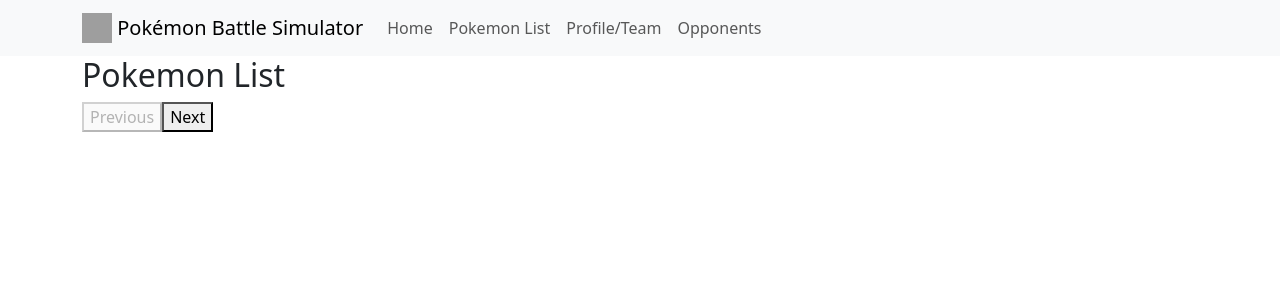
Repository: chsbca/Pokemon-Battle-Simulator
Page: /pokemon_list/ (app in front-end/)
The author's editor kept a copy of each file at every save. The page is drawn from the files as they stood at one save, then again after the next save.
The browser window is 1280 px wide. The pictures show the whole page.
Pictures or frames that could not be fetched are drawn as grey boxes. The page's requests for data from a server got no answer. The project was rebuilt for these pictures with package versions that can differ from the ones it lists, and the page was loaded fresh each time. No one was signed in, and anything a server would have sent is missing. Also part of the build but not shown: front-end/vite.config.js, front-end/src/pages/Error404Page.jsx, front-end/src/pages/HomePage.jsx, front-end/src/pages/ProfilePage.jsx, front-end/src/pages/OpponentsPage.jsx.

Above is the page before, as saved 2024-04-10 10:56:28.

After the next save:
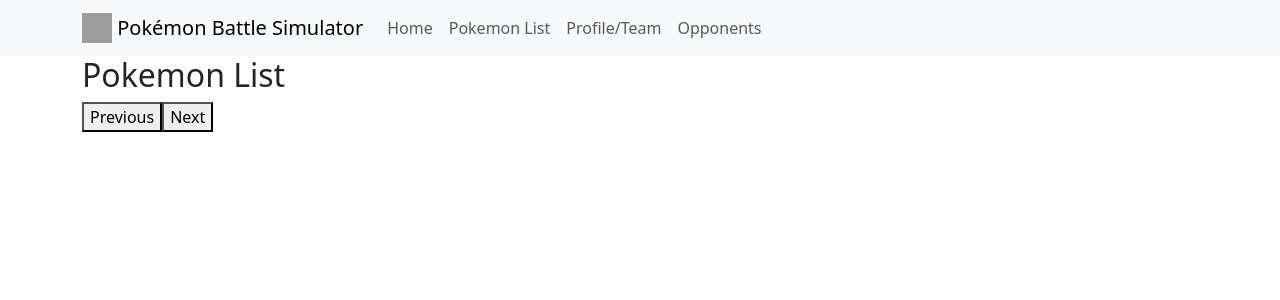
Saved 3 min 28 s later.
--- a/front-end/src/pages/PokemonListPage.jsx
+++ b/front-end/src/pages/PokemonListPage.jsx
@@ -9,67 +9,60 @@
     const [isLoading, setIsLoading] = useState(true);
     const [offset, setOffset] = useState(0);
     const limit = 20; // Number of items per page
-    const [totalPokemons, setTotalPokemons] = useState(0); // Total number of Pokémon for pagination
 
-    const getPokemonDetails = async (pokemonList) => {
-        const promises = pokemonList.map(async (pokemon) => {
-            const response = await axios.get(pokemon.url);
-            const details = response.data;
-
-            return {
-                name: details.name,
-                pokedexNumber: details.id,
-                sprite: details.sprites.front_default,
-                types: details.types.map(typeInfo => typeInfo.type.name),
-                stats: details.stats.reduce((acc, stat) => {
-                    acc[stat.stat.name] = stat.base_stat;
-                    return acc;
-                }, {})
-            };
-        });
-
-        return await Promise.all(promises);
-    };
+    console.log(`Current offset outside useEffect: ${offset}`); // Directly log state updates
 
     useEffect(() => {
-        console.log(`Fetching with offset: ${offset}`);
+        console.log(`Fetching with offset: ${offset}`); // Confirm offset is being updated
+
+        const getPokemonDetails = async (pokemonList) => {
+            const promises = pokemonList.map(async (pokemon) => {
+                const response = await axios.get(pokemon.url);
+                const details = response.data;
+
+                return {
+                    name: details.name,
+                    pokedexNumber: details.id,
+                    sprite: details.sprites.front_default,
+                    types: details.types.map(typeInfo => typeInfo.type.name),
+                    stats: details.stats.reduce((acc, stat) => {
+                        acc[stat.stat.name] = stat.base_stat;
+                        return acc;
+                    }, {})
+                };
+            });
+
+            return await Promise.all(promises);
+        };
+
         const getPokemon = async () => {
             setIsLoading(true);
-            console.log(`Fetching with offset: ${offset}`);
             const data = await fetchPokemon(limit, offset);
             const detailedPokemon = await getPokemonDetails(data.pokemon_list);
             setPokemonDetails(detailedPokemon);
-            setTotalPokemons(data.count); // Assuming `fetchPokemon` also returns the total count
             setIsLoading(false);
         };
         getPokemon();
-    }, [offset]);
-
-    useEffect(() => {
-        console.log(`Offset updated to: ${offset}`);
-        // Fetching logic here...
-    }, [offset]);
-
+    }, [offset]); // Dependency array includes offset
 
     const handleNext = () => {
-        console.log('Next clicked');
+        console.log(`Next clicked, current offset: ${offset}`); // Debug log
         const newOffset = offset + limit;
-        if ((offset + limit) < totalPokemons) {
-            setOffset(prevOffset => prevOffset + limit);
-            console.log(`New offset should be: ${newOffset}`);
-        }
+        console.log(`New offset should be: ${newOffset}`); // Check the calculation
+        setOffset(newOffset); // Directly set new offset for debugging
     };
 
     const handlePrevious = () => {
-        console.log('Previous clicked');
+        console.log(`Previous clicked, current offset: ${offset}`);
         const newOffset = Math.max(0, offset - limit);
+        console.log(`New offset should be: ${newOffset}`);
         setOffset(newOffset);
     };
 
     if (isLoading) {
         return (
             <>
-                <Spinner animation="border" role="status" />
+                <Spinner animation="border" role="status"/>
                 <div><h1>Loading Pokemon...</h1></div>
             </>
         );
@@ -80,22 +73,20 @@
             <h2>Pokemon List</h2>
             <div className="row">
                 {pokemonDetails.map((pokemon, index) => (
-                    <div key={index} className="col-sm-6 col-md-4 col-lg-3 mb-4">
+                    <div key={index} className="col-sm-6 col-md-4 col-lg-3 mb-4"> {/* Consider using a more stable key */}
                         <div className="card">
                             <img src={pokemon.sprite} className="card-img-top" alt={pokemon.name} />
                             <div className="card-body">
                                 <h5 className="card-title">{pokemon.name}</h5>
-                                <p className="card-text">Pokedex #: {pokemon.pokedexNumber}</p>
-                                <p className="card-text">Type/s: {pokemon.types.join(', ')}</p>
-                                {/* Display other details as needed */}
+                                {/* Additional details */}
                             </div>
                         </div>
                     </div>
                 ))}
             </div>
             <div className="pagination-controls">
-                <button onClick={handlePrevious} disabled={offset === 0}>Previous</button>
-                <button onClick={handleNext} disabled={(offset + limit) >= totalPokemons}>Next</button>
+                <button onClick={handlePrevious}>Previous</button>
+                <button onClick={handleNext}>Next</button>
             </div>
         </div>
     );

After the 4 saves that followed:
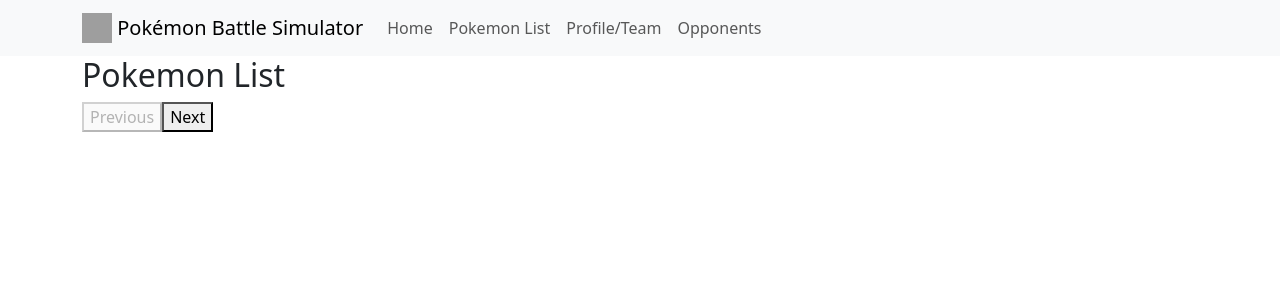
The 4 saves are shown as one change because 1 did not build or start and 2 left the picture as it was.
The last was saved 7 min 57 s later.
--- a/front-end/src/pages/PokemonListPage.jsx
+++ b/front-end/src/pages/PokemonListPage.jsx
@@ -73,23 +73,30 @@
             <h2>Pokemon List</h2>
             <div className="row">
                 {pokemonDetails.map((pokemon, index) => (
-                    <div key={index} className="col-sm-6 col-md-4 col-lg-3 mb-4"> {/* Consider using a more stable key */}
+                    <div key={index} className="col-sm-6 col-md-4 col-lg-3 mb-4">
                         <div className="card">
                             <img src={pokemon.sprite} className="card-img-top" alt={pokemon.name} />
                             <div className="card-body">
                                 <h5 className="card-title">{pokemon.name}</h5>
-                                {/* Additional details */}
+                                <p className="card-text">PokeDex #{pokemon.pokedexNumber}</p>
+                                <p className="card-text">Type/s: {pokemon.types.join(', ')}</p>
+                                <p className="card-text">HP: {pokemon.stats.hp}</p>
+                                <p className="card-text">Attack: {pokemon.stats.attack}</p>
+                                <p className="card-text">Defense: {pokemon.stats.defense}</p>
+                                <p className="card-text">Special Attack: {pokemon.stats["special-attack"]}</p>
+                                <p className="card-text">Special Defense: {pokemon.stats["special-defense"]}</p>
+                                <p className="card-text">Speed: {pokemon.stats.speed}</p>
                             </div>
                         </div>
                     </div>
                 ))}
             </div>
             <div className="pagination-controls">
-                <button onClick={handlePrevious}>Previous</button>
+                <button onClick={handlePrevious} disabled={offset === 0}>Previous</button>
                 <button onClick={handleNext}>Next</button>
             </div>
         </div>
     );
-};
+}
 
 export default PokemonListPage;
